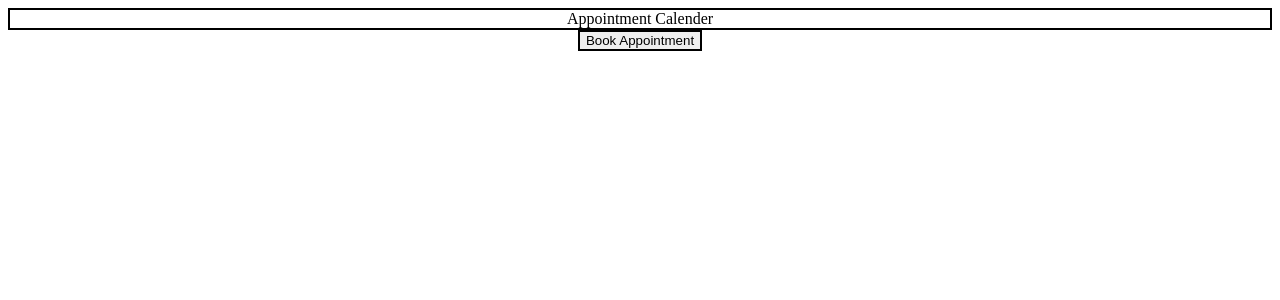
Repository: KennethEskandari/Appointment-Calender-
Page: / (app in Appointment-Calender/)
The author's editor kept a copy of each file at every save. The page is drawn from the files as they stood at one save, then again after the next save.
The browser window is 1280 px wide. The pictures show the whole page.
The project was rebuilt for these pictures with package versions that can differ from the ones it lists, and the page was loaded fresh each time. Also part of the build but not shown: Appointment-Calender/vite.config.js.

Above is the page before, as saved 2025-04-15 19:35:49.

After the next save:
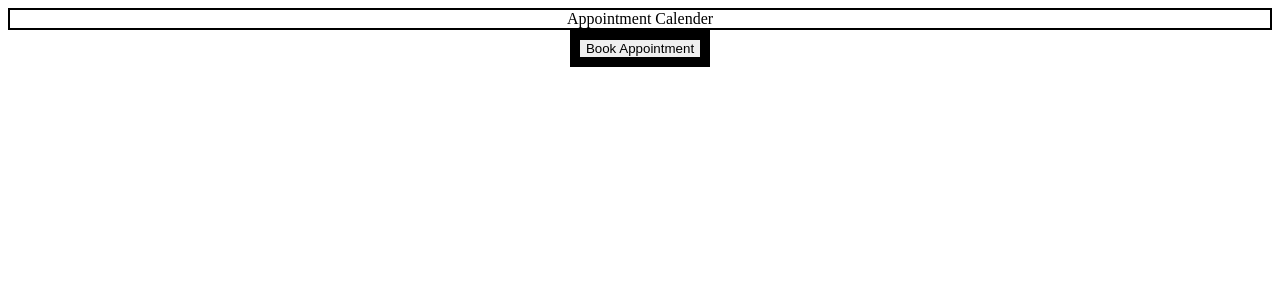
Saved 5 s later.
--- a/Appointment-Calender/src/App.jsx
+++ b/Appointment-Calender/src/App.jsx
@@ -7,7 +7,7 @@ function App() {
   return (
     <div>
       <header className="h-16 border-2 text-center text-2xl bg-purple-400">Appointment Calender</header>
-      <button className="text-2xl mx-auto block border-2 ">Book Appointment</button>
+      <button className="text-2xl mx-auto block border-10">Book Appointment</button>
     </div>
 
   )
